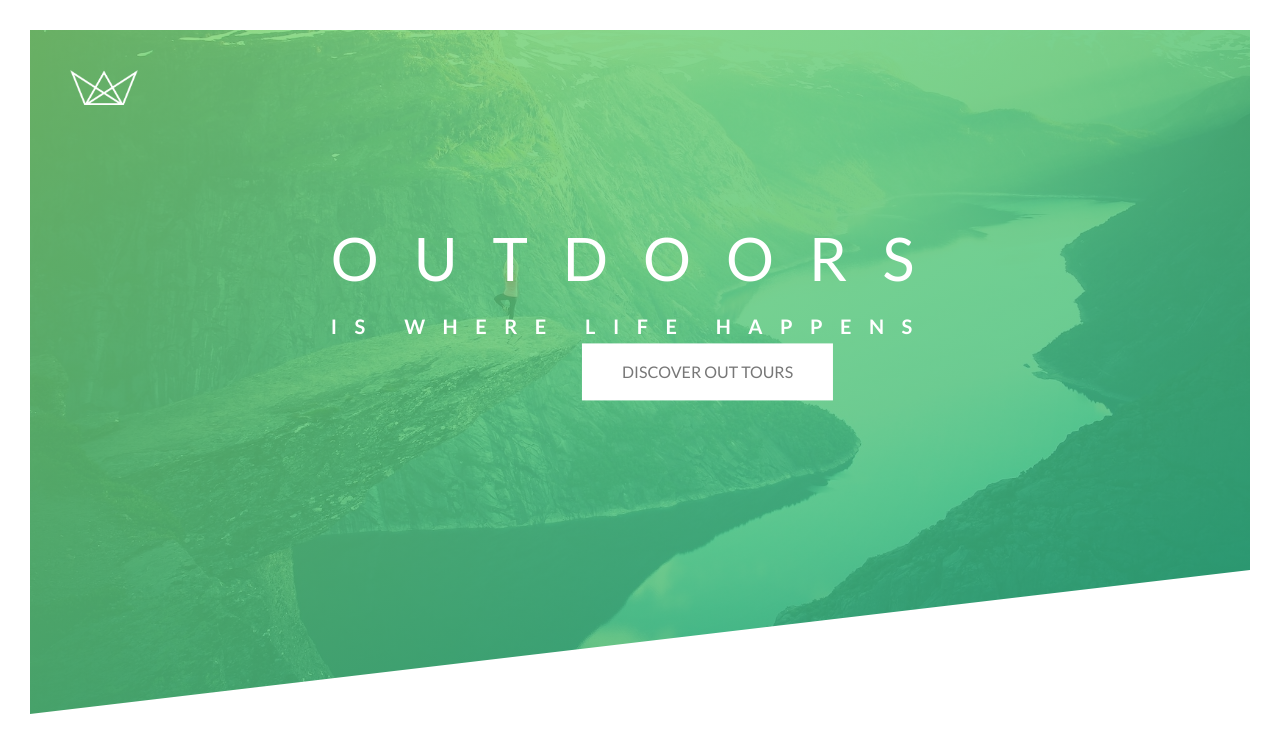
Repository: kamilluc/advanced-css-course
Page: Natours/my-implementation/index.html
These files come from the project's save history. The page is drawn as it stood at one moment and after the next save; the edit follows.
The browser window is 1280 px wide. The pictures show the whole page.

Above is the page before, as saved 2019-05-24 23:24:48.

### Natours/my-implementation/index.html
<!DOCTYPE html>
<html lang="en">
  <head>
    <meta charset="UTF-8" />
    <meta name="viewport" content="width=device-width, initial-scale=1.0" />

    <link
      href="https://fonts.googleapis.com/css?family=Lato:100,300,400,700,900"
      rel="stylesheet"
    />

    <link rel="stylesheet" href="css/icon-font.css" />
    <link rel="stylesheet" href="css/style.css" />
    <link rel="shortcut icon" type="image/png" href="img/favicon.png" />

    <title>Natours | Exciting tours for adventurous people</title>
  </head>
  <body>
    <!-- HEADER -->
    <header class="header">
      <div class="logo-box">
        <img src="img/logo-white.png" alt="logo" class="logo" />
      </div>
      <div class="text-box">
        <h1 class="heading-primary">
          <span class="heading-primary-main">Outdoors</span>
          <span class="heading-primary-sub">is where life happens</span>
        </h1>
        <a href="#" class="btn btn-white">Discover out tours</a>
      </div>
    </header>
  </body>
</html>

### Natours/my-implementation/css/style.css
/*
COLORS:

Light green: #7ed56f
Medium green: #55c57a
Dark green: #28b485

*/

/* BASIC RESET, NORMALIZE COULD BE USED BUT NOT REALLY NEEDED */
*,
::before,
::after {
  margin: 0;
  padding: 0;
  box-sizing: border-box;
}

/* FONTS SETTING HERE, NOT IN * CUZ THEY ARE INHERITED */
body {
  font-family: "Lato", sans-serif;
  font-weight: 400;
  font-size: 16px;
  line-height: 1.7;
  color: #777;
  padding: 30px;
}

.header {
  height: 95vh;
  background-image: linear-gradient(
      to right bottom,
      rgba(126, 213, 111, 0.8),
      rgba(40, 180, 131, 0.8)
    ),
    url("../img/hero.jpg");
  background-size: cover;
  background-position: top;
  clip-path: polygon(0 0, 100% 0, 100% 75vh, 0 100%);
  /* AA 4CHROME */
  -webkit-backface-visibility: hidden;
  position: relative;
}

.logo-box {
  position: absolute;
  top: 40px;
  left: 40px;
}

.logo {
  height: 35px;
}

.text-box {
  position: absolute;
  top: 40%;
  left: 50%;
  transform: translate(-50%, -50%);
}

.heading-primary {
  color: white;
  text-transform: uppercase;
  /* FIX TO ANIMATION, WITH IT OBJECT DOESN'T MOVE TO TOP AT THE END OF ANIMATION, PROBABLY NO LONGER NEED AS TODAY */
  /* backface-visibility: hidden; */
}

.heading-primary-main {
  display: block;
  font-size: 60px;
  font-weight: 400;
  letter-spacing: 35px;
  animation: moveInLeft 1s 0.3s;
}

.heading-primary-sub {
  display: block;
  font-size: 20px;
  font-weight: 700;
  letter-spacing: 17.5px;
  animation: moveInRight 1.2s 0.3s;
}

@keyframes moveInLeft {
  0% {
    opacity: 0;
    transform: translateX(-100px);
  }
  75% {
    transform: translateX(10px);
  }
  100% {
    opacity: 1;
    transform: translate(0);
  }
}
@keyframes moveInRight {
  0% {
    opacity: 0;
    transform: translateX(100px);
  }
  75% {
    transform: translateX(-10px);
  }
  100% {
    opacity: 1;
    transform: translate(0);
  }
}

.btn:link,
.btn:visited {
  text-transform: uppercase;
  text-decoration: none;
  padding: 15px 40px;
  display: inline-block;
  transform: translate(100%);
}

.btn-white {
  background-color: white;
  color: #777;
}

Loaded but not shown: Natours/my-implementation/css/icon-font.css (no copy from this time; the picture is the same without it)

After the next save:
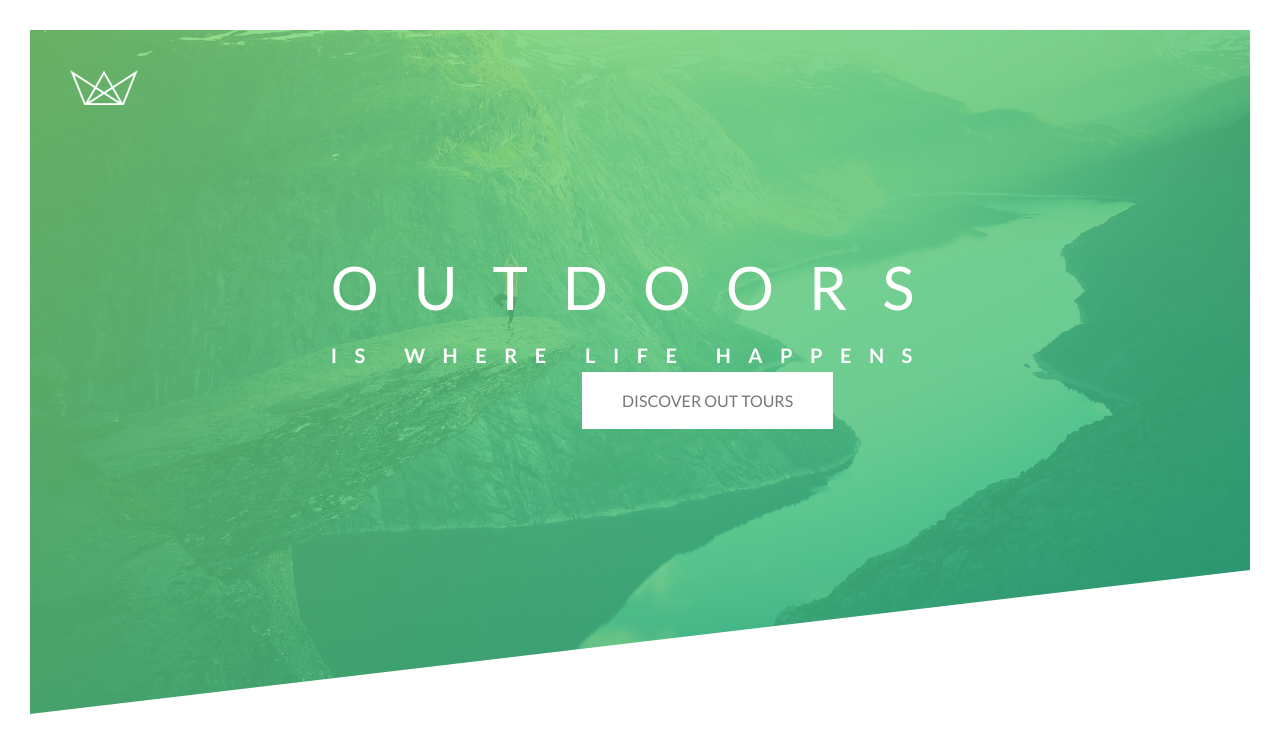
Saved 22 s later.
--- a/Natours/my-implementation/css/style.css
+++ b/Natours/my-implementation/css/style.css
@@ -115,7 +115,9 @@ body {
   text-decoration: none;
   padding: 15px 40px;
   display: inline-block;
-  transform: translate(100%);
+  position: absolute;
+
+  transform: translateX(100%);
 }
 
 .btn-white {
